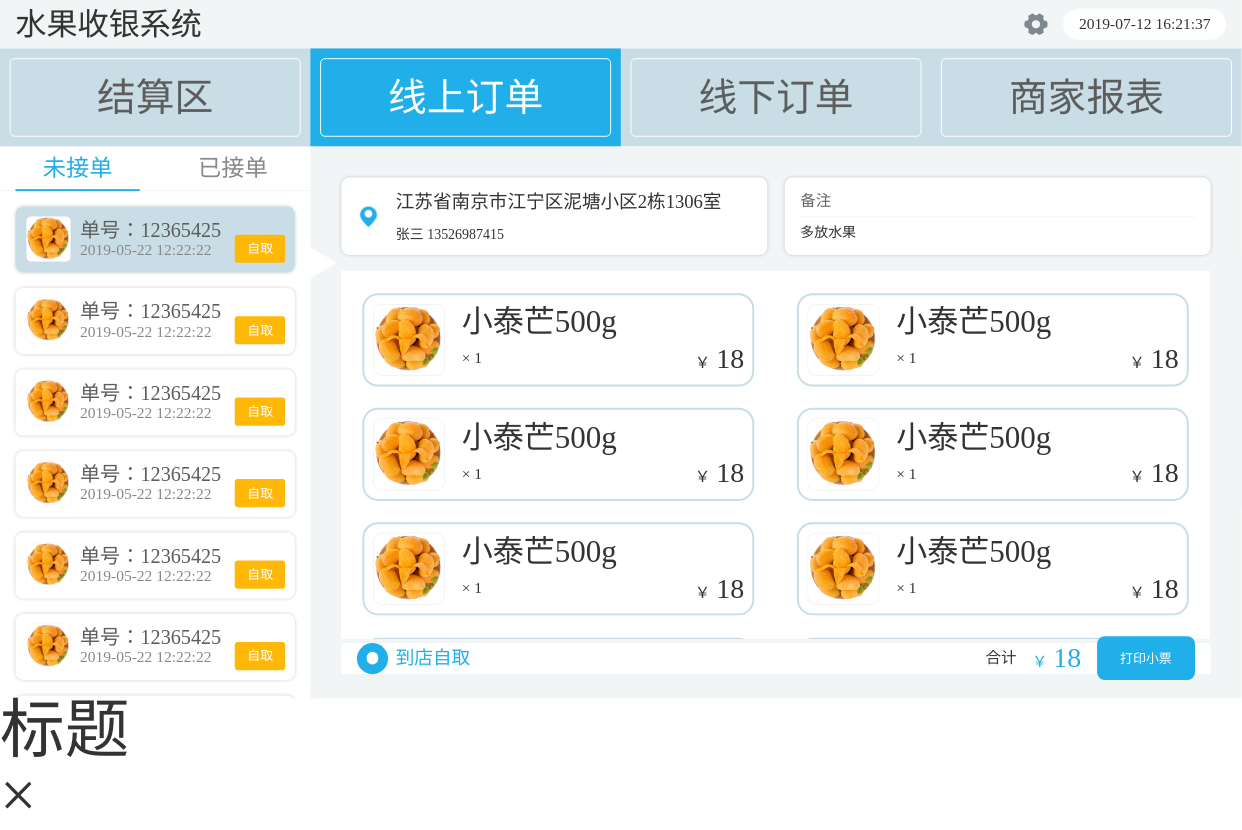
Repository: missing-star/fruit
Page: index.html
These files come from the project's save history. The page is drawn as it stood at one moment and after the next save; the edit follows.
The browser window is 1280 px wide. The pictures show the whole page, at 97% of full size.
An inner scrolling area shows only its first screen.

Above is the page before, as saved 2019-07-15 09:28:31.

### index.html
<!DOCTYPE html>
<html lang="en">

<head>
    <meta charset="UTF-8">
    <meta name="viewport" content="width=device-width, initial-scale=1.0">
    <meta http-equiv="X-UA-Compatible" content="ie=edge">
    <title>水果收银系统</title>
    <link rel="stylesheet" href="./css/index.css">
</head>

<body>
    <div id="app">
        <header class="title-bar">
            <p class="title">水果收银系统</p>
            <div class="right-part-show">
                <img src="./images/setting.png" alt="设置" class="setting-icon">
                <p class="show-current-time">{{currentTime}}</p>
            </div>
        </header>
        <ul class="category-tab">
            <li class="category-item" :class="{active:currentIndex == 0}" @click="switchTab(0)">
                <p class="category-title">结算区</p>
            </li>
            <li class="category-item" :class="{active:currentIndex == 1}" @click="switchTab(1)">
                <p class="category-title">线上订单</p>
            </li>
            <li class="category-item" :class="{active:currentIndex == 2}" @click="switchTab(2)">
                <p class="category-title">线下订单</p>
            </li>
            <li class="category-item" :class="{active:currentIndex == 3}" @click="switchTab(3)">
                <p class="category-title">商家报表</p>
            </li>
        </ul>
        <!-- 结算区 -->
        <div v-show="currentIndex == 0" class="main-content">
            <div class="operation-wrapper">
                <ul class="goods-list-wrapper">
                    <li v-for="n in 10" class="goods-item">
                        <div class="goods-pic-wrapper">
                            <span class="delete-icon pointer"></span>
                            <img src="./images/goods.png" class="goods-pic">
                        </div>
                        <div class="goods-detail">
                            <p class="goods-title">苹果</p>
                            <p class="goods-spec">规格：12元/250g</p>
                            <p class="goods-money">
                                <span class="goods-weight">重量357g</span>
                                <span class="goods-price">
                                    <i class="money-icon black">￥</i>
                                    <i class="money-number black">18</i>
                                </span>
                            </p>
                        </div>
                    </li>
                </ul>
                <div class="calculator-scope">
                    <div class="show-total-money">
                        <p class="total-title">共4件商品</p>
                        <p class="total-money">
                            <span class="money-title">合计</span>
                            <span class="show-money">
                                <i class="money-icon blue">￥</i>
                                <i class="money-number blue">54.00</i>
                            </span>
                        </p>
                    </div>
                    <div class="operation-group">
                        <div class="left-part">
                            <button class="order-list pointer">挂单列表</button>
                            <button class="go-order pointer">挂单</button>
                        </div>
                        <button class="right-part pointer">
                            结算
                        </button>
                    </div>
                </div>
            </div>
            <div class="goods-choice-wrapper">
                <ul class="goods-category-wrapper">
                    <li @click="switchSubTab(n-1)" :class="{active:subCurrentIndex == n-1}" v-for="n in 20"
                        class="goods-category-item pointer">
                        分类
                    </li>
                </ul>
                <ul class="goods-choice-list">
                    <li v-for="n in 20" class="goods-choice-item">
                        <img src="./images/goods.png" class="goods-show-pic">
                        <p class="goods-desc">
                            <span class="goods-name">小泰芒</span>
                            <span class="price-weight">23元 / 250g</span>
                        </p>
                    </li>
                </ul>
            </div>
        </div>
        <!-- 线上订单 -->
        <div v-show="currentIndex == 1" class="main-content">
            <div class="operation-wrapper">
                <ul class="tab-wrapper">
                    <li @click="switchOnlineTab(0)" :class="{active:onlineCurrentIndex == 0}" class="tab-item pointer">
                        未接单</li>
                    <li @click="switchOnlineTab(1)" :class="{active:onlineCurrentIndex == 1}" class="tab-item pointer">
                        已接单</li>
                </ul>
                <div class="order-list-wrapper">
                    <ul v-show="onlineCurrentIndex == 0" class="accept-wrapper">
                        <li @click="getOrderDetail(0,n)" v-for="n in 20" class="order-item pointer"
                            :class="{active:currentOrder == n && onlineCurrentIndex == 0}">
                            <img src="./images/goods.png" class="order-goods-pic">
                            <div class="order-detail">
                                <p class="order-number">单号：12365425</p>
                                <p class="order-date">2019-05-22 12:22:22</p>
                            </div>
                            <button class="post-way self">自取</button>
                        </li>
                    </ul>
                    <ul v-show="onlineCurrentIndex == 1" class="accept-wrapper">
                        <li @click="getOrderDetail(1,n)" v-for="n in 20" class="order-item pointer"
                            :class="{active:currentOrder == n && onlineCurrentIndex == 1}">
                            <img src="./images/goods.png" class="order-goods-pic">
                            <div class="order-detail">
                                <p class="order-number">单号：12365425</p>
                                <p class="order-date">2019-05-22 12:22:22</p>
                            </div>
                            <button class="post-way post">自取</button>
                        </li>
                    </ul>
                </div>
            </div>
            <div class="order-detail-wrapper">
                <!-- 倒三角 -->
                <div class="triangle"></div>
                <div class="user-info">
                    <div class="user-address info-part">
                        <img src="./images/location.png" class="location">
                        <div class="address-detail">
                            <p class="address">江苏省南京市江宁区泥塘小区2栋1306室</p>
                            <p class="user-detail">张三 13526987415</p>
                        </div>
                    </div>
                    <div class="user-comment info-part">
                        <p class="comment-title">备注</p>
                        <p class="user-detail">多放水果</p>
                    </div>
                </div>
                <ul class="order-detail-goods-list-wrapper">
                    <li v-for="n in 30" class="order-detail-goods-item">
                        <img src="./images/goods.png" class="order-detail-goods-pic">
                        <div class="order-detail-goods-detail">
                            <p class="title">小泰芒500g</p>
                            <p class="number-money">
                                <span class="goods-num">× 1</span>
                                <span class="goods-price">
                                    <i class="money-icon black">￥</i>
                                    <i class="money-number black">18</i>
                                </span>
                            </p>
                        </div>
                    </li>
                </ul>
                <div class="ticket-print-wrapper">
                    <div class="is-in-shop">
                        <div class="checkbox-wrapper">
                            <div class="checkbox-inner"></div>
                        </div>
                        <span class="check-titl">到店自取</span>
                    </div>
                    <div class="right-calculator">
                        <p class="calculator-title">合计</p>
                        <span class="goods-price">
                            <i class="money-icon blue">￥</i>
                            <i class="money-number blue">18</i>
                        </span>
                        <button class="print-action pointer">打印小票</button>
                    </div>
                </div>
            </div>
        </div>
        <div v-show="currentIndex == 2" class="main-content">
            <div class="operation-wrapper">
                <ul class="tab-wrapper">
                    <li @click="switchOnlineTab(0)" :class="{active:onlineCurrentIndex == 0}" class="tab-item pointer">
                        未接单</li>
                    <li @click="switchOnlineTab(1)" :class="{active:onlineCurrentIndex == 1}" class="tab-item pointer">
                        已接单</li>
                </ul>
                <div class="order-list-wrapper">
                    <ul v-show="onlineCurrentIndex == 0" class="accept-wrapper">
                        <li @click="getOrderDetail(0,n)" v-for="n in 20" class="order-item pointer"
                            :class="{active:currentOrder == n && onlineCurrentIndex == 0}">
                            <img src="./images/goods.png" class="order-goods-pic">
                            <div class="order-detail">
                                <p class="order-number">单号：12365425</p>
                                <p class="order-date">2019-05-22 12:22:22</p>
                            </div>
                            <button class="post-way self">自取</button>
                        </li>
                    </ul>
                    <ul v-show="onlineCurrentIndex == 1" class="accept-wrapper">
                        <li @click="getOrderDetail(1,n)" v-for="n in 20" class="order-item pointer"
                            :class="{active:currentOrder == n && onlineCurrentIndex == 1}">
                            <img src="./images/goods.png" class="order-goods-pic">
                            <div class="order-detail">
                                <p class="order-number">单号：12365425</p>
                                <p class="order-date">2019-05-22 12:22:22</p>
                            </div>
                            <button class="post-way post">自取</button>
                        </li>
                    </ul>
                </div>
            </div>
            <div class="order-detail-wrapper">
                <!-- 倒三角 -->
                <div class="triangle"></div>
                <ul class="order-detail-goods-list-wrapper offline">
                    <li v-for="n in 30" class="order-detail-goods-item">
                        <img src="./images/goods.png" class="order-detail-goods-pic">
                        <div class="order-detail-goods-detail">
                            <p class="title">小泰芒500g</p>
                            <p class="number-money">
                                <span class="goods-num">× 1</span>
                                <span class="goods-price">
                                    <i class="money-icon black">￥</i>
                                    <i class="money-number black">18</i>
                                </span>
                            </p>
                        </div>
                    </li>
                </ul>
                <div class="ticket-print-wrapper offline">
                    <div class="right-calculator">
                        <p class="calculator-title">实付</p>
                        <span class="goods-price">
                            <i class="money-icon blue">￥</i>
                            <i class="money-number blue">18</i>
                        </span>
                        <button class="print-action pointer">查看付款码</button>
                    </div>
                </div>
            </div>
        </div>
        <div v-show="currentIndex == 3" class="main-content">

        </div>
        <!-- dialog -->
        <div class="dialog-wrapper">
            <div class="dialog-mask"></div>
            <div class="dialog-main-content">
                <div class="dialog-title-wrapper">
                    <p class="dialog-title">标题</p>
                    <span class="dialog-close">×</span>
                </div>
                <!-- 挂单 -->
                <!-- 结算 -->
                <!-- 扫码 -->
            </div>
        </div>
    </div>
    <script src="https://cdn.bootcss.com/vue/2.6.10/vue.js"></script>
    <script src="./js/index.js"></script>
</body>

</html>

### css/index.css
html,
body,
div#app {
    height: 100%;
    background: #FFFFFF;
    min-width: 1200px;
}

body {
    font-size: calc(100vw / 19.2);
}

* {
    padding: 0;
    margin: 0;
    list-style: none;
    box-sizing: border-box;
    line-height: 100%;
    color: #333333;
    font-style: normal;
}

header.title-bar {
    background: #F2F5F6;
    padding: 1rem;
    height: 7%;
    display: flex;
    align-items: center;
    justify-content: space-between;
}

p.title {
    font-size: 2rem;
}

.right-part-show {
    display: flex;
    align-items: center;
    justify-content: space-around;
}

img.setting-icon {
    width: 1.5rem;
    margin-right: 1rem;
    cursor: pointer;
}

p.show-current-time {
    font-size: 1rem;
    background: #FFFFFF;
    padding: 0.5rem 1rem;
    border-radius: 10rem;
}

ul.category-tab {
    width: 100%;
    height: 14%;
    display: flex;
    align-items: center;
    justify-content: space-around;
    background: #C8DDE5;
}

li.category-item {
    width: 100%;
    height: 100%;
    display: flex;
    align-items: center;
    justify-content: center;
    padding: 10px;
    cursor: pointer;
}

li.category-item p.category-title {
    color: #5D5D5D;
    border: 1px solid #FFFFFF;
    border-radius: 5px;
    width: 100%;
    height: 100%;
    display: flex;
    align-items: center;
    justify-content: center;
    white-space: nowrap;
    font-size: 2.5rem;
}

li.category-item.active {
    background: #21AFE9;
}

li.category-item.active p.category-title {
    color: #FFFFFF;
}

.pointer {
    cursor: pointer;
}

.main-content {
    height: 79%;
    display: flex;
}

.operation-wrapper {
    width: 25%;
    height: 100%;
}

li.goods-item {
    height: 13vh;
    box-shadow: 0px 0px 4px 0px rgba(0, 0, 0, 0.2);
    border-radius: 10px;
    margin: 1rem 0;
    display: flex;
}

.goods-pic-wrapper {
    position: relative;
    height: 100%;
    width: 30%;
    padding: 1rem;
}

img.goods-pic {
    width: 100%;
    height: auto;
}

ul.goods-list-wrapper {
    height: 75%;
    overflow: auto;
    padding: 0.5rem;
}

.calculator-scope {
    height: 25%;
}

span.delete-icon {
    width: 1.5rem;
    height: 1.5rem;
    background: url(../images/delete.png) no-repeat;
    background-size: 100% 100%;
    display: block;
    position: absolute;
    left: 0.5rem;
    top: 0.5rem;
}

.goods-detail {
    width: 70%;
    height: 100%;
}

p.goods-title {
    color: #000000;
    font-size: 2rem;
}

p.goods-spec {
    color: #6B6B6B;
    font-size: 1.2rem;
}

p.goods-money {
    display: flex;
    align-items: center;
    justify-content: space-between;
}

span.goods-weight {
    color: #FE7204;
    font-size: 1.5rem;
}

span.goods-price {
    font-size: 1.5rem;
}

.goods-detail {
    width: 70%;
    height: 100%;
    display: flex;
    flex-direction: column;
    justify-content: space-between;
    padding: 1rem;
}

i.money-number {
    font-size: 1.8rem;
}

i.money-icon {
    font-size: 1rem;
}

i.money-number.blue,
i.money-icon.blue {
    color: #21AFE9;
}

.calculator-scope {
    border-top: 2px solid rgba(242, 245, 246, 1);
    padding: 1rem;
}

div.show-total-money {
    background: rgba(242, 245, 246, 1);
    display: flex;
    align-items: center;
    justify-content: space-between;
    font-size: 1.2rem;
    height: 30%;
    padding: 1rem;
    border-radius: 0.5rem;
    box-shadow: 0px 1px 4px 0px rgba(0, 0, 0, 0.2);
}

.operation-group {
    display: flex;
    align-items: center;
    justify-content: space-between;
    height: 70%;
    padding-top: 1rem;
}

p.total-title {
    color: #5D5D5D;
}

span.money-title {
    color: #333333;
}

button.order-list.pointer {
    background: #FFC639;
    outline: 0;
    border: none;
    color: #FFFFFF;
    width: 100%;
    height: 40%;
}

.left-part {
    width: 55%;
    height: 100%;
    display: flex;
    flex-direction: column;
    align-items: flex-start;
    justify-content: space-between;
}

button.order-list.pointer,
button.go-order.pointer {
    border-radius: 0.5rem;
    background: #FFC639;
    outline: 0;
    border: none;
    color: #FFFFFF;
    width: 85%;
    height: 44%;
    font-size: 1.5rem;
}

button.go-order.pointer {
    background: #FF7A05;
}

.right-part {
    background: #21AFE9;
    border-radius: 0.5rem;
    color: #FFFFFF;
    font-size: 2rem;
    width: 45%;
    height: 100%;
    display: flex;
    align-items: center;
    justify-content: center;
    outline: 0;
    border: none;
}

ul.goods-category-wrapper {
    height: 100%;
    overflow: auto;
}

.goods-choice-wrapper {
    width: 75%;
    display: flex;
}

ul.goods-category-wrapper {
    width: 15%;
    height: 100%;
    overflow: auto;
}

li.goods-category-item {
    font-size: 1.5rem;
    display: flex;
    align-items: center;
    justify-content: center;
    height: 4rem;
    background: #EAEFF1;
    color: #5D5D5D;
    border-bottom: 2px solid #FFFFFF;
}

li.goods-category-item.active {
    background: #21AFE9;
    color: #FFFFFF;
}

ul.goods-choice-list {
    height: 100%;
    overflow: auto;
    width: 85%;
    background: #F2F5F6;
    display: flex;
    flex-wrap: wrap;
}

img.goods-show-pic {
    width: 100%;
}

li.goods-choice-item {
    width: 25%;
    margin: 2% calc(25% / 6);
    background: #FFFFFF;
    border-radius: 1rem;
    padding: 1rem;
}

p.goods-desc {
    display: flex;
    flex-direction: column;
    padding: 0 1rem;
}

span.goods-name {
    color: #333333;
    font-size: 2rem;
    margin-bottom: 1rem;
}

span.price-weight {
    color: #888888;
    font-size: 1.3rem;
}

ul::-webkit-scrollbar {
    height: 0;
    width: 4px;
}

ul::-webkit-scrollbar {
    width: 0px;
    /*对垂直流动条有效*/
    height: 0px;
    /*对水平流动条有效*/
}

/*定义滚动条的轨道颜色、内阴影及圆角*/
ul::-webkit-scrollbar-track {
    background-color: #FFFFFF;
    border-radius: 3px;
}


/*定义滑块颜色、内阴影及圆角*/
ul::-webkit-scrollbar-thumb {
    border-radius: 7px;
    background-color: #aaa;
}

ul.tab-wrapper {
    width: 100%;
    height: 8%;
    font-size: 1.5rem;
    display: flex;
    align-items: center;
    justify-content: space-around;
    border-bottom: 1px solid rgba(242, 245, 246, 1);
}

li.tab-item {
    color: #888888;
    position: relative;
    width: 50%;
    text-align: center;
    height: 100%;
    display: flex;
    align-items: center;
    justify-content: center;
}

li.tab-item.active {
    color: #21AFE9;
}

li.tab-item.active:after {
    content: '';
    width: 80%;
    height: 2px;
    background: #21AFE9;
    position: absolute;
    bottom: -1px;
    left: 10%;
}

.order-list-wrapper {
    height: 92%;
    position: relative;
}

ul.accept-wrapper {
    width: 100%;
    height: 100%;
    overflow: auto;
}

li.order-item {
    display: flex;
    align-items: center;
    justify-content: space-between;
    height: 13%;
    font-size: 1rem;
    box-shadow: 0px 0px 4px 0px rgba(0, 0, 0, 0.2);
    border-radius: 0.5rem;
    margin: 1rem;
    padding: 0.6rem;
}

img.order-goods-pic {
    height: 100%;
}

button.post-way {
    align-self: flex-end;
    border: none;
    outline: 0;
    color: #FFFFFF;
    padding: 0.5rem 0.8rem;
    border-radius: 0.2rem;
}

button.post-way.self {
    background: #FFB807;
}

button.post-way.post {
    background: #FF7A05;
}

p.order-number {
    color: #5D5D5D;
    font-size: 1.3rem;
}

p.order-date {
    color: #888888;
    font-size: 1rem;
}

.order-detail {
    flex: 1;
    height: 85%;
    display: flex;
    align-items: flex-start;
    padding-left: 0.5rem;
    justify-content: space-around;
    flex-direction: column;
}

li.order-item.active {
    background: #C8DDE5;
}

.order-detail-wrapper {
    width: 75%;
    height: 100%;
    background: #F2F5F6;
    padding: 2rem;
    position: relative;
}

.user-info {
    display: flex;
    align-items: center;
    justify-content: space-between;
    font-size: 1rem;
}

.info-part {
    box-shadow: 0px 0px 4px 0px rgba(0, 0, 0, 0.2);
    border-radius: 0.5rem;
    width: 49%;
    padding: 1rem;
    height: 5rem;
    display: flex;
    align-items: center;
    background: #FFFFFF;
}

img.location {
    width: 1.5rem;
}

.address-detail {
    padding-left: 1rem;
}

p.address {
    color: #333333;
    font-size: 1.2rem;
    padding-bottom: 0.5rem;
}

p.user-detail {
    font-size: 0.9rem;
    padding-top: 0.5rem;
}

.user-comment.info-part {
    display: flex;
    flex-direction: column;
    align-items: flex-start;
}

p.comment-title {
    color: #666666;
    padding-bottom: 0.5rem;
    width: 100%;
    border-bottom: 1px solid #F2F5F6;
}

ul.order-detail-goods-list-wrapper {
    height: 75%;
    overflow: auto;
    margin-top: 1rem;
    display: flex;
    flex-wrap: wrap;
    background: #FFFFFF;
}
ul.order-detail-goods-list-wrapper.offline{
    height: calc(75% + 6rem);
    margin-top: 0;
}
img.order-detail-goods-pic {
    height: 100%;
}

li.order-detail-goods-item {
    width: 45%;
    margin: 2.5%;
    margin-bottom: 0;
    height: 6rem;
    border: 2px solid #C8DDE5;
    border-radius: 1rem;
    padding: 0.5rem;
    display: flex;
    align-items: center;
    font-size: 1rem;
}

.order-detail-goods-detail {
    flex: 1;
    height: 100%;
    display: flex;
    flex-direction: column;
    justify-content: space-around;
    padding-left: 1rem;
}

p.number-money {
    display: flex;
    align-items: center;
    justify-content: space-between;
}

.ticket-print-wrapper {
    height: calc(100% - 6rem - 75%);
    background: #FFFFFF;
    margin-top: 0.3rem;
    font-size: 1rem;
    display: flex;
    align-items: center;
    justify-content: space-between;
    padding: 1rem;
}
.ticket-print-wrapper.offline{
    justify-content: flex-end;
}
div.is-in-shop {
    display: flex;
    align-items: center;
}

.checkbox-wrapper {
    width: 2rem;
    height: 2rem;
    background: #21AFE9;
    border-radius: 50%;
    display: flex;
    align-items: center;
    justify-content: center;
}

.checkbox-inner {
    background: #FFFFFF;
    width: 40%;
    height: 40%;
    border-radius: 50%;
}

span.check-titl {
    color: #21AFE9;
    font-size: 1.2rem;
    padding-left: 0.5rem;
}

.right-calculator {
    display: flex;
    align-items: center;
    justify-content: space-between;
}

button.print-action {
    background: #21AFE9;
    outline: 0;
    border: none;
    color: #FFFFFF;
    padding: 1rem 1.5rem;
    border-radius: 0.5rem;
    margin-left: 1rem;
}

p.calculator-title {
    margin-right: 1rem;
}

.triangle {
    width: 0;
    height: 0;
    border-left: 1.7rem solid #FFFFFF;
    border-top: 1rem solid transparent;
    border-right: 1.7rem solid transparent;
    border-bottom: 1rem solid transparent;
    position: absolute;
    left: 0;
    top: 6.5rem;
}

Loaded but not shown: js/index.js (50 lines, source omitted)

After the next save:
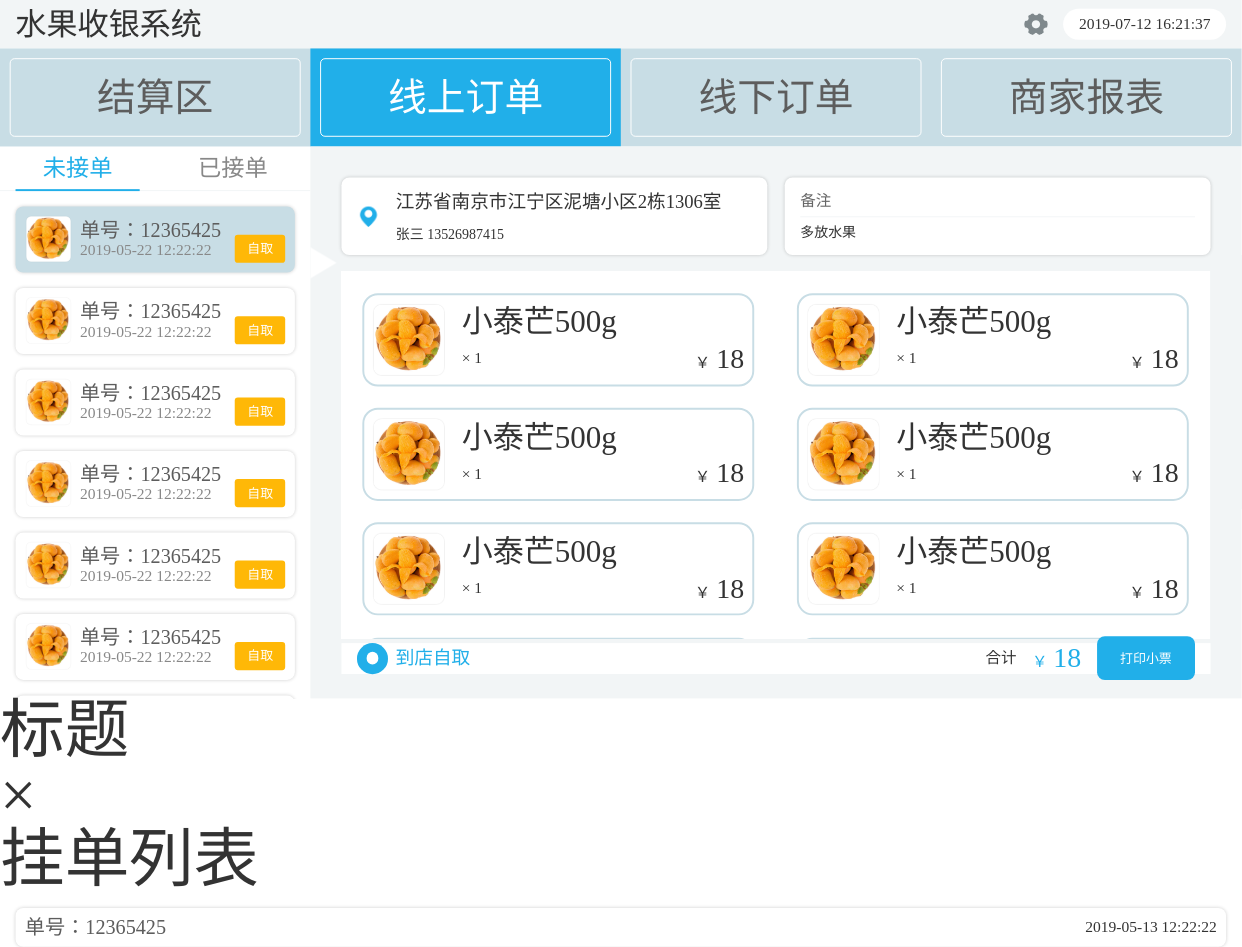
Saved 3 min 18 s later.
--- a/index.html
+++ b/index.html
@@ -252,6 +252,15 @@
                     <span class="dialog-close">×</span>
                 </div>
                 <!-- 挂单 -->
+                <div class="order-list-wrapper">
+                    <p class="order-list-title">挂单列表</p>
+                    <ul class="order-list">
+                        <li class="order-item">
+                            <p class="order-number">单号：12365425</p>
+                            <p class="order-time">2019-05-13 12:22:22</p>
+                        </li>
+                    </ul>
+                </div>
                 <!-- 结算 -->
                 <!-- 扫码 -->
             </div>
